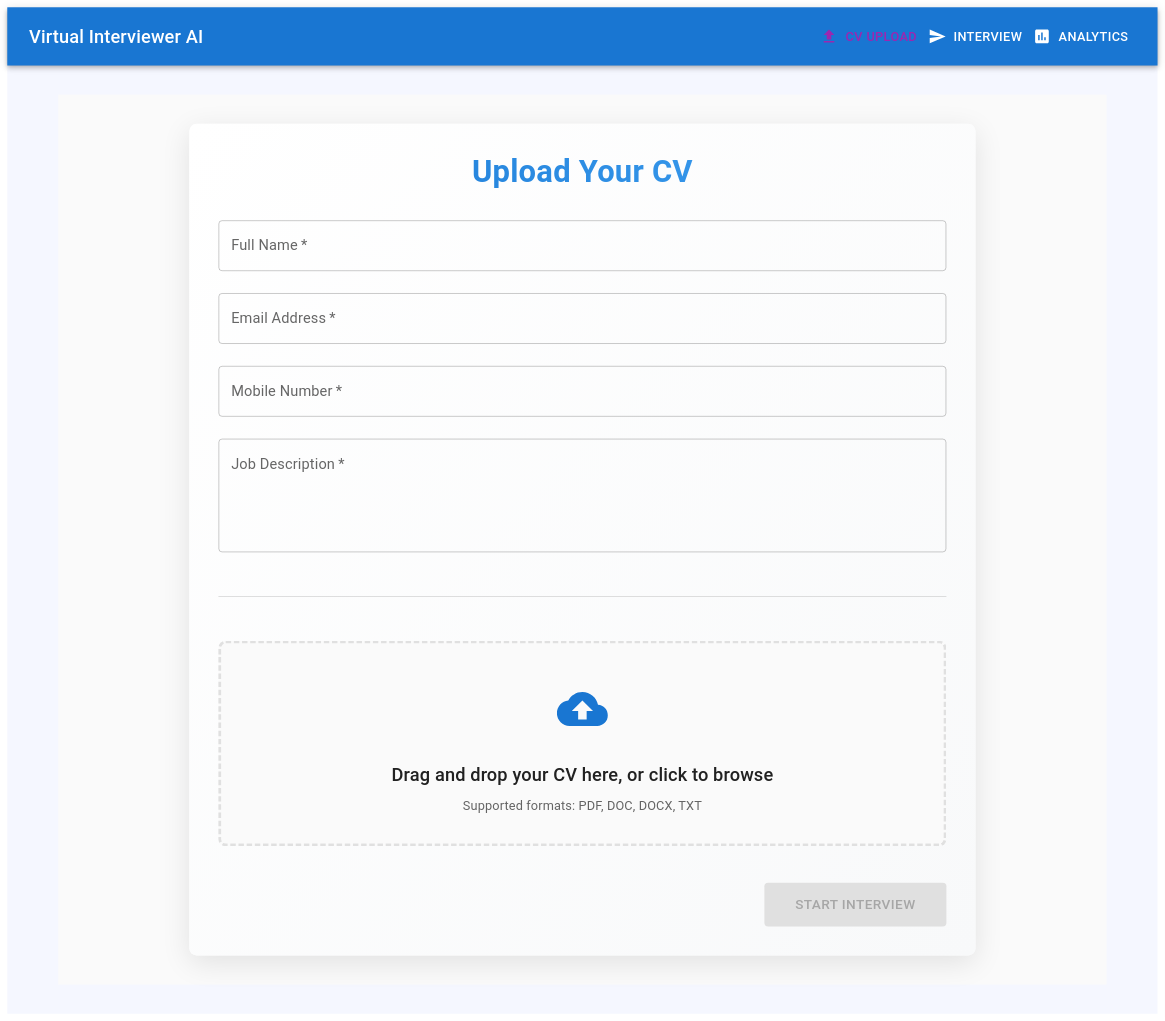
Repository: akshaymehare00/hackathonConAi
Page: /
The author's editor kept a copy of each file at every save. The page is drawn from the files as they stood at one save, then again after the next save.
The browser window is 1280 px wide. The pictures show the whole page, at 91% of full size.
The project was rebuilt for these pictures with package versions that can differ from the ones it lists, and the page was loaded fresh each time. Also part of the build but not shown: vite.config.js, src/Components/Analytics.jsx, src/Components/Interview.jsx.

Above is the page before, as saved 2025-01-19 03:08:07.

After the next save:
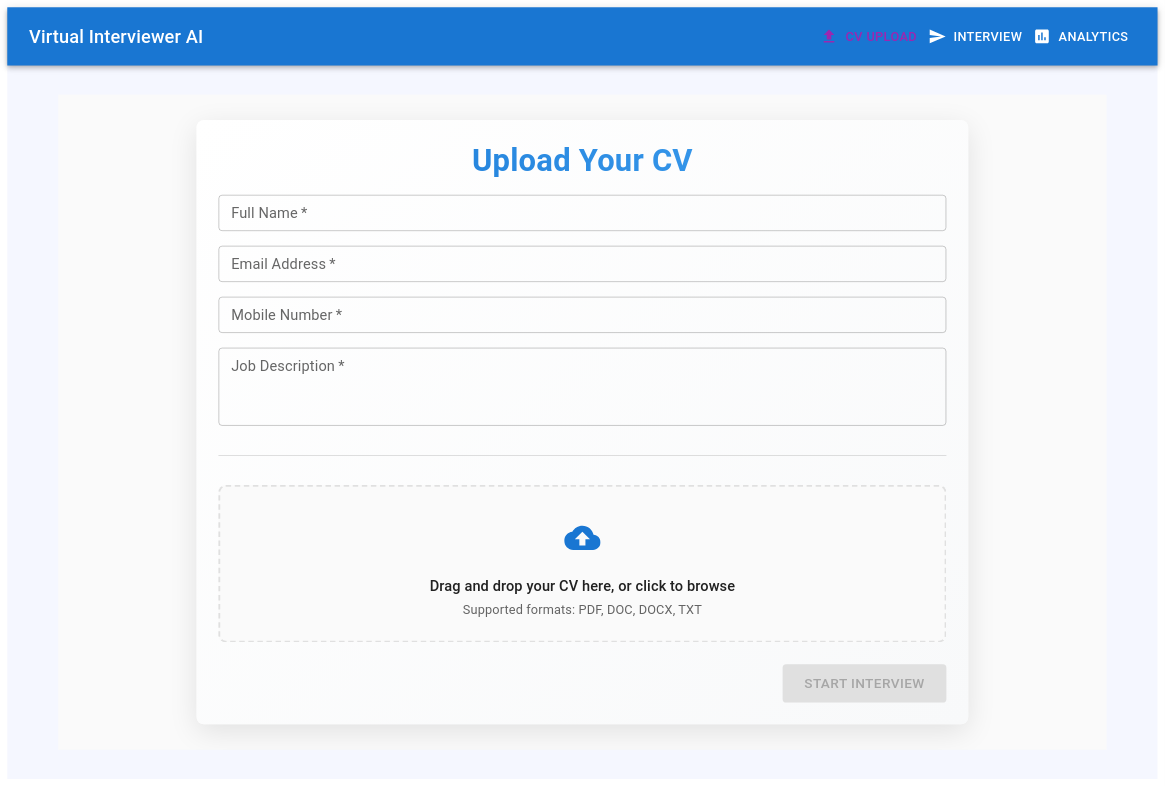
Saved 103 s later.
--- a/src/Components/CVUpload.jsx
+++ b/src/Components/CVUpload.jsx
@@ -86,12 +86,12 @@ function EnhancedCVUpload({ onUpload, onComplete }) {
   return (
     <Box
       sx={{
-        minHeight: '100vh',
+        height: '100vh',
         display: 'flex',
         alignItems: 'center',
         justifyContent: 'center',
         backgroundColor: theme.palette.grey[50],
-        py: 4
+        overflow: 'hidden'
       }}
     >
       <Paper
@@ -100,17 +100,19 @@ function EnhancedCVUpload({ onUpload, onComplete }) {
           width: '100%',
           maxWidth: 800,
           mx: 2,
-          p: { xs: 2, sm: 4 },
+          p: { xs: 2, sm: 3 },
           background: 'linear-gradient(to bottom right, #ffffff, #f8f9fa)',
           borderRadius: 2,
-          boxShadow: '0 8px 32px rgba(0,0,0,0.1)'
+          boxShadow: '0 8px 32px rgba(0,0,0,0.1)',
+          maxHeight: '95vh',
+          overflow: 'auto'
         }}
       >
         <Typography
           variant="h4"
           gutterBottom
           sx={{
-            mb: 4,
+            mb: 2,
             color: theme.palette.primary.main,
             textAlign: 'center',
             fontWeight: 600,
@@ -122,9 +124,9 @@ function EnhancedCVUpload({ onUpload, onComplete }) {
           Upload Your CV
         </Typography>
 
-        <Grid container spacing={3}>
+        <Grid container spacing={2}>
           <Grid item xs={12}>
-            <Stack spacing={3}>
+            <Stack spacing={2}>
               <TextField
                 fullWidth
                 label="Full Name"
@@ -133,6 +135,7 @@ function EnhancedCVUpload({ onUpload, onComplete }) {
                 onChange={handleInputChange}
                 variant="outlined"
                 required
+                size="small"
                 sx={{
                   '& .MuiOutlinedInput-root': {
                     '&:hover fieldset': {
@@ -150,6 +153,7 @@ function EnhancedCVUpload({ onUpload, onComplete }) {
                 onChange={handleInputChange}
                 variant="outlined"
                 required
+                size="small"
                 sx={{
                   '& .MuiOutlinedInput-root': {
                     '&:hover fieldset': {
@@ -166,6 +170,7 @@ function EnhancedCVUpload({ onUpload, onComplete }) {
                 onChange={handleInputChange}
                 variant="outlined"
                 required
+                size="small"
                 sx={{
                   '& .MuiOutlinedInput-root': {
                     '&:hover fieldset': {
@@ -179,11 +184,12 @@ function EnhancedCVUpload({ onUpload, onComplete }) {
                 label="Job Description"
                 name="jd"
                 multiline
-                rows={4}
+                rows={3}
                 value={formData.jd}
                 onChange={handleInputChange}
                 variant="outlined"
                 required
+                size="small"
                 sx={{
                   '& .MuiOutlinedInput-root': {
                     '&:hover fieldset': {
@@ -196,18 +202,18 @@ function EnhancedCVUpload({ onUpload, onComplete }) {
           </Grid>
 
           <Grid item xs={12}>
-            <Divider sx={{ my: 3 }} />
+            <Divider sx={{ my: 2 }} />
           </Grid>
 
           <Grid item xs={12}>
             <Box
               sx={{
-                border: 3,
+                border: 2,
                 borderRadius: 2,
                 borderStyle: 'dashed',
                 borderColor: isDragging ? 'primary.main' : 'grey.300',
                 bgcolor: isDragging ? 'primary.50' : 'grey.50',
-                p: 4,
+                p: 3,
                 textAlign: 'center',
                 transition: 'all 0.3s ease',
                 cursor: 'pointer',
@@ -228,7 +234,7 @@ function EnhancedCVUpload({ onUpload, onComplete }) {
                 color="primary"
                 component="label"
                 sx={{
-                  mb: 2,
+                  mb: 1,
                   '&:hover': {
                     backgroundColor: 'primary.light',
                   }
@@ -243,9 +249,9 @@ function EnhancedCVUpload({ onUpload, onComplete }) {
                     if (file) handleFile(file);
                   }}
                 />
-                <CloudUpload sx={{ fontSize: 56 }} />
+                <CloudUpload sx={{ fontSize: 40 }} />
               </IconButton>
-              <Typography variant="h6" sx={{ mb: 1, color: 'text.primary' }}>
+              <Typography variant="h6" sx={{ mb: 0.5, color: 'text.primary', fontSize: '1rem' }}>
                 Drag and drop your CV here, or click to browse
               </Typography>
               <Typography variant="body2" color="text.secondary">
@@ -259,7 +265,7 @@ function EnhancedCVUpload({ onUpload, onComplete }) {
               <Paper
                 variant="outlined"
                 sx={{
-                  p: 2,
+                  p: 1.5,
                   bgcolor: 'primary.50',
                   display: 'flex',
                   alignItems: 'center',
@@ -274,15 +280,15 @@ function EnhancedCVUpload({ onUpload, onComplete }) {
           )}
 
           <Grid item xs={12}>
-            <Box sx={{ display: 'flex', justifyContent: 'flex-end', mt: 2 }}>
+            <Box sx={{ display: 'flex', justifyContent: 'flex-end', mt: 1 }}>
               <Button
                 variant="contained"
                 size="large"
                 onClick={handleSubmit}
                 disabled={!file || !formData.fullName || !formData.email || !formData.mobile}
                 sx={{
-                  minWidth: 200,
-                  height: 48,
+                  minWidth: 180,
+                  height: 42,
                   background: 'linear-gradient(45deg, #1976d2, #42a5f5)',
                   '&:hover': {
                     background: 'linear-gradient(45deg, #1565c0, #1976d2)',
